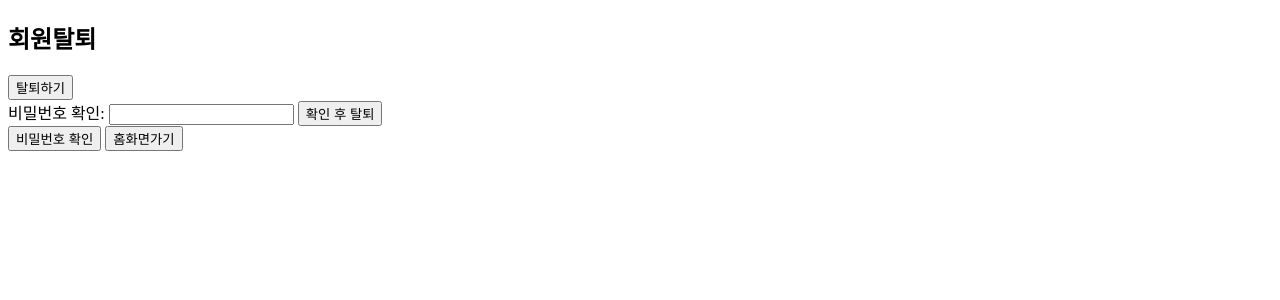
Repository: Yundanbi/Kyobo
Page: http://localhost/kyobo/member/deactvation.jsp
The author's editor kept a copy of each file at every save. The page is drawn from the files as they stood at one save, then again after the next save.
The browser window is 1280 px wide. The pictures show the whole page.
The page is served by Tomcat 9. Other server files are loaded and not shown.

Above is the page before, as saved 2025-06-17 04:13:40.

### kyobo/src/main/webapp/member/deactvation.jsp
<%@ page language="java" contentType="text/html; charset=UTF-8" pageEncoding="UTF-8"%>
<%@ taglib prefix="c" uri="http://java.sun.com/jsp/jstl/core" %>
<!DOCTYPE html>
<html>
<head>
<meta charset="UTF-8">
<title>회원탈퇴</title>
<style>

</style>
</head>
<body>

<h2>회원탈퇴</h2>
<c:if test="${not empty message}">
  <p class="error">${message}</p>
</c:if>
<button onclick="togglePwdBox()">탈퇴하기</button>
<div id="pwdBox">
  <form method="post" action="delete.do">
    비밀번호 확인:
    <input type="password" name="pwd" required>
    <input type="submit" value="확인 후 탈퇴">
  </form>
</div>
<input type="submit" value="비밀번호 확인">
<input type="button" value="홈화면가기" onclick="location.href='/kyobo/index.jsp'">


</body>
</html>

After the next save:
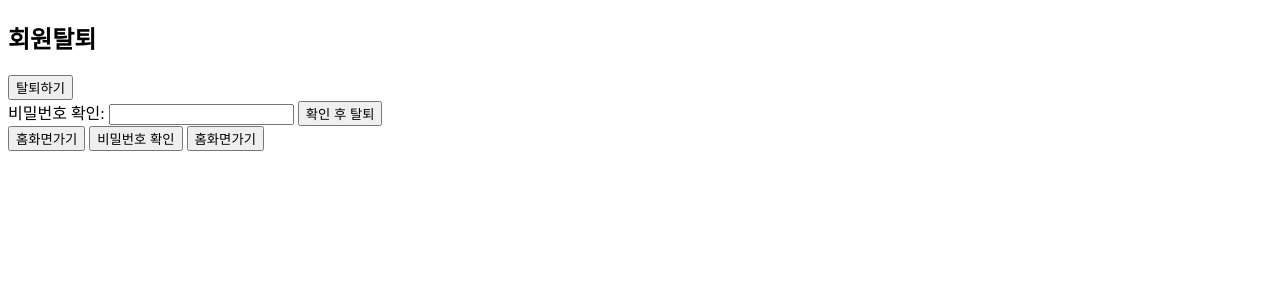
Saved 17 s later.
--- a/kyobo/src/main/webapp/member/deactvation.jsp
+++ b/kyobo/src/main/webapp/member/deactvation.jsp
@@ -23,6 +23,15 @@
     <input type="submit" value="확인 후 탈퇴">
   </form>
 </div>
+
+<button onclick="location.href='/kyobo/index.jsp'">홈화면가기</button>
+
+<script>
+  function togglePwdBox() {
+    const box = document.getElementById("pwdBox");
+    box.style.display = box.style.display === "none" ? "block" : "none";
+  }
+</script>
 <input type="submit" value="비밀번호 확인">
 <input type="button" value="홈화면가기" onclick="location.href='/kyobo/index.jsp'">
 
